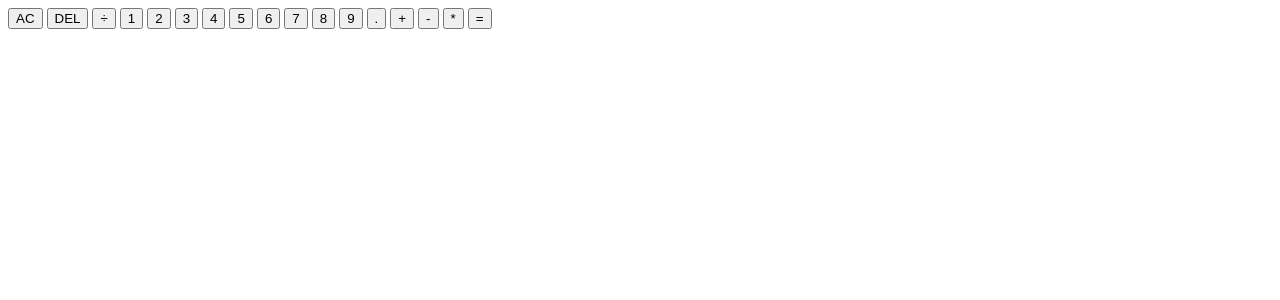
Repository: weazzyefff/Calculator-YT-Tutorial-
Page: index.html
These files come from the project's save history. The page is drawn as it stood at one moment and after the next save; the edit follows.
The browser window is 1280 px wide. The pictures show the whole page.

Above is the page before, as saved 2022-12-23 11:57:26.

### index.html
<!DOCTYPE html>
<html>
<head>
	<meta charset="utf-8">
	<meta name="viewport" content="width=device-width, initial-scale=1">
	<title>Calculator App</title>
    <link rel="stylesheet" href="styles.css">
    <script src="script.js" defer></script>
</head>
<body>
    <div class="calculator-grid"></div>
    <div class="output">
        <div class="previous-operand"></div>
        <div class="current-operand"></div>
    </div>
    <button class="span-two">AC</button>
    <button>DEL</button>
    <button>÷</button>
    <button>1</button>
    <button>2</button>
    <button>3</button>
    <button>4</button>
    <button>5</button>
    <button>6</button>
    <button>7</button>
    <button>8</button>
    <button>9</button>
    <button>.</button>
    <button>+</button>
    <button>-</button>
    <button>*</button>
    <button>=</button>

</body>
</html>

Loaded but not shown: styles.css (no stored copy; drawn as an empty file); script.js (no stored copy; drawn as an empty file)

After the next save:
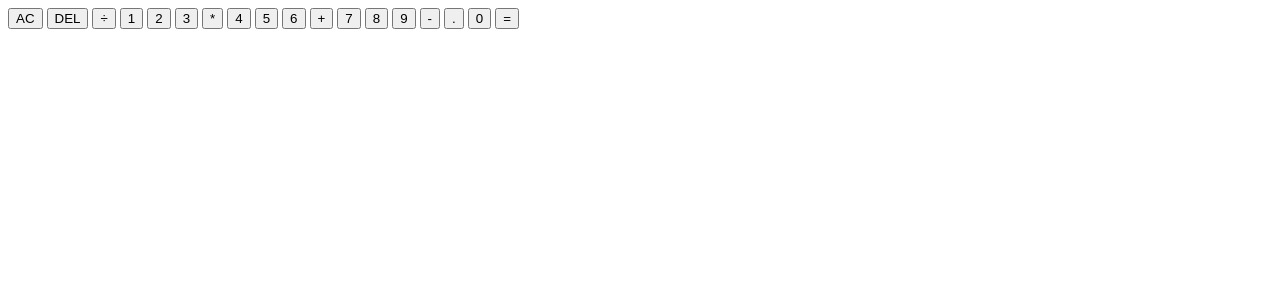
Saved 102 s later.
--- a/index.html
+++ b/index.html
@@ -19,17 +19,18 @@
     <button>1</button>
     <button>2</button>
     <button>3</button>
+    <button>*</button>
     <button>4</button>
     <button>5</button>
     <button>6</button>
+    <button>+</button>
     <button>7</button>
     <button>8</button>
     <button>9</button>
+    <button>-</button>
     <button>.</button>
-    <button>+</button>
-    <button>-</button>
-    <button>*</button>
-    <button>=</button>
+    <button>0</button>
+    <button class="span-two">=</button>
 
 </body>
 </html>
